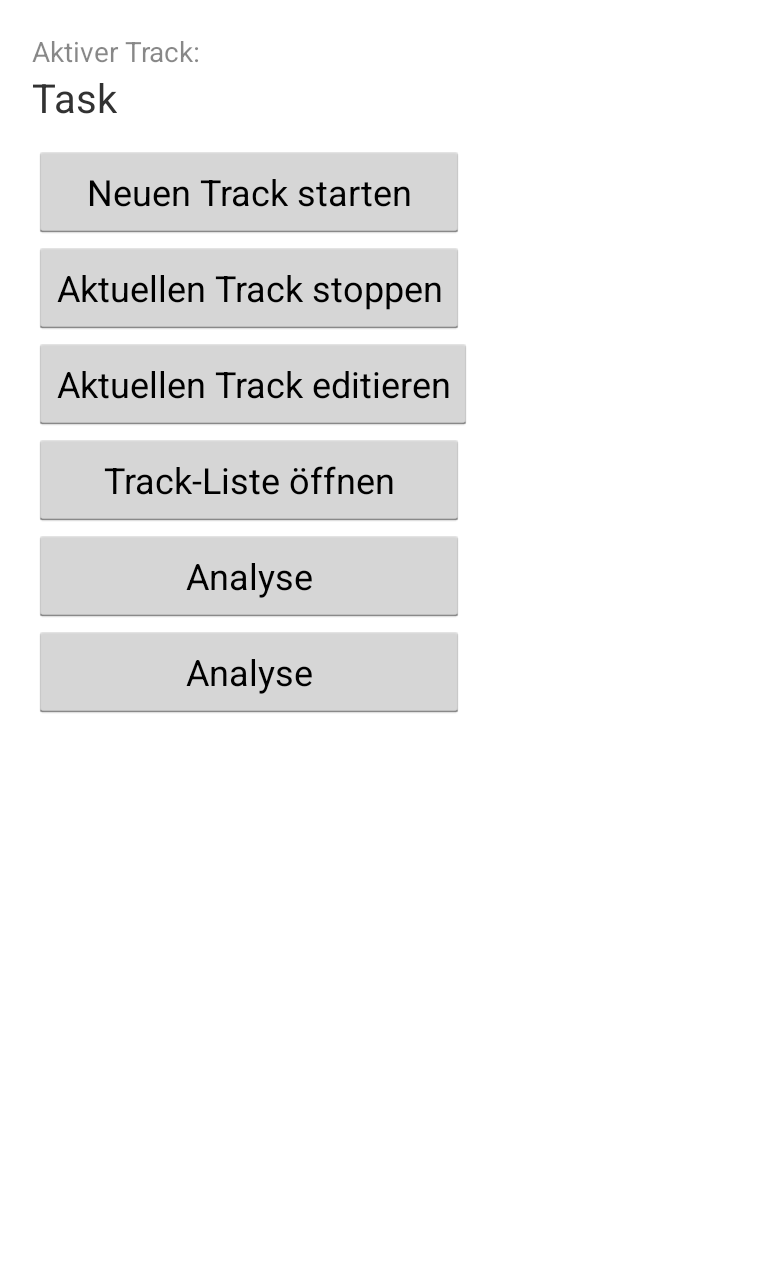
Repository: floriandrs/ttracker
Layout: TTracker/res/layout/activity_main.xml
An editor plug-in stored every save of this project. The layout is shown before and after the next save, followed by the edit.
It is drawn on a 768 x 1280 px phone screen (xhdpi) without system bars, with theme AppTheme; the app's code is not run.

Above is the layout before, as saved 2015-02-24 21:52:39.

### TTracker/res/layout/activity_main.xml
<RelativeLayout xmlns:android="http://schemas.android.com/apk/res/android"
    xmlns:tools="http://schemas.android.com/tools"
    android:layout_width="match_parent"
    android:layout_height="match_parent"
    android:paddingBottom="@dimen/activity_vertical_margin"
    android:paddingLeft="@dimen/activity_horizontal_margin"
    android:paddingRight="@dimen/activity_horizontal_margin"
    android:paddingTop="@dimen/activity_vertical_margin"
    tools:context="com.slart.ttracker.activitiy.MainActivity" >

    <TextView
        android:id="@+id/current_track_label"
        style="@style/FormLabel"
        android:layout_marginTop="0dp"
        android:text="@string/current_track_label" />

    <TextView
        android:id="@+id/current_track_value"
        android:layout_width="wrap_content"
        android:layout_height="wrap_content"
        android:layout_below="@id/current_track_label"
        android:layout_marginTop="0dp"
        android:textSize="20dp"
        android:text="@string/track" />

    <Button
        android:id="@+id/main_open_create_new_track"
        android:layout_width="wrap_content"
        android:layout_height="wrap_content"
        android:layout_alignLeft="@+id/current_track_value"
        android:layout_alignRight="@+id/close_current_track"
        android:layout_below="@+id/current_track_value"
        android:layout_marginTop="10dp"
        android:onClick="onOpenCreateNewTrack"
        android:text="@string/open_create_new_track" />

    <Button
        android:id="@+id/close_current_track"
        android:layout_width="wrap_content"
        android:layout_height="wrap_content"
        android:layout_alignLeft="@+id/current_track_value"
        android:layout_below="@+id/main_open_create_new_track"
        android:onClick="onCloseCurrentTrack"
        android:text="@string/close_current_track" />

    <Button
        android:id="@+id/update_current_track"
        android:layout_width="wrap_content"
        android:layout_height="wrap_content"
        android:layout_alignLeft="@+id/current_track_value"
        android:layout_below="@+id/close_current_track"
        android:onClick="onUpdateCurrentTrack"
        android:text="@string/update_current_track" />

    <Button
        android:id="@+id/main_open_view_all"
        android:layout_width="wrap_content"
        android:layout_height="wrap_content"
        android:layout_alignLeft="@+id/current_track_value"
        android:layout_alignRight="@+id/close_current_track"
        android:layout_below="@+id/update_current_track"
        android:onClick="onOpenViewAll"
        android:text="@string/open_view_all" />

    <Button
        android:id="@+id/open_activity_stats"
        android:layout_width="wrap_content"
        android:layout_height="wrap_content"
        android:layout_alignLeft="@+id/current_track_value"
        android:layout_alignRight="@+id/main_open_view_all"
        android:layout_below="@+id/main_open_view_all"
        android:onClick="onOpenActivityStats"
        android:text="@string/open_activity_stats" />

    <Button
        android:id="@+id/open_activity_view_all_categories"
        android:layout_width="wrap_content"
        android:layout_height="wrap_content"
        android:layout_alignLeft="@+id/current_track_value"
        android:layout_alignRight="@+id/main_open_view_all"
        android:layout_below="@+id/open_activity_stats"
        android:onClick="onOpenActivityViewAllCategories"
        android:text="@string/open_activity_stats" />

</RelativeLayout>

### TTracker/res/values/styles.xml
<resources>

    <!--
        Base application theme, dependent on API level. This theme is replaced
        by AppBaseTheme from res/values-vXX/styles.xml on newer devices.
    -->
    <style name="AppBaseTheme" parent="android:Theme.Light">
        <!--
            Theme customizations available in newer API levels can go in
            res/values-vXX/styles.xml, while customizations related to
            backward-compatibility can go here.
        -->
    </style>

    <!-- Application theme. -->
    <style name="AppTheme" parent="AppBaseTheme">
        <!-- All customizations that are NOT specific to a particular API-level can go here. -->
    </style>


    <style name="FormWidthHeight">
        <item name="android:layout_width">match_parent</item>
        <item name="android:layout_height">wrap_content</item>
    </style>

    <style name="FormTopMargin" parent="@style/FormWidthHeight">
        <item name="android:layout_marginTop">20dp</item>
    </style>

    <style name="FormLabel" parent="@style/FormTopMargin">
        <item name="android:textColor">#77000000</item>
        <item name="android:textSize">14dp</item>
    </style>

</resources>

### TTracker/res/values/strings.xml
<?xml version="1.0" encoding="utf-8"?>
<resources>

    <string name="app_name">TTracker</string>
    <string name="action_settings">Settings</string>
    <string name="hello_world">Hello world!</string>
    <string name="hello_blank_fragment">Hello blank fragment</string>
    <string name="title_activity_view_all_tracks">ViewAllTracksActivity</string>
    <string name="title_activity_edit_track">Neue Aktivitaet anlegen</string>
    <string name="title_activity_stats">StatsActivity</string>
    <string name="title_activity_stats_simple">StatsSimple</string>
    <string name="title_activity_stats_average">StatsAverageActivity</string>
    <string name="main_open_create_new_track_label">Start new</string>
    <string name="open_view_all">Track-Liste öffnen</string>
    <string name="open_time_filter_stats">Tracks pro Zeitraum</string>
    <string name="open_activity_stats">Analyse</string>
    <string name="open_activity_stats_simple">Summen pro Kategorie</string>
    <string name="open_activity_stats_average">Durchschnitt pro Kategorie</string>
    <string name="open_create_new_track">Neuen Track starten</string>
    <string name="close_current_track">Aktuellen Track stoppen</string>
    <string name="update_current_track">Aktuellen Track editieren</string>
    <string name="current_track_label">Aktiver Track:</string>
    <string name="create">Erstellen</string>
    <string name="created_category">Neue Kategorie wurde erstellt: </string>
    <string name="category_already_exists">Kategorie existiert bereits: </string>
    <string name="add">Hinzufügen</string>
    <string name="delete">Löschen</string>
    <string name="update">Aktualisieren</string>
    <string name="location_update">+</string>
    <string name="now">jetzt</string>
    <string name="today">heute</string>
    <string name="empty">-</string>
    <string name="none">Kein aktiver Track</string>
    <string name="location">Position (Lat,Long)</string>
    <string name="comment">Kommentar</string>
    <string name="track">Task</string>
    <string name="from">von</string>
    <string name="to">bis</string>
    <string name="started_new_track">Neuer Track gestartet:</string>
    <string name="updated_track">Track aktualisiert:</string>
    <string name="update_track">Bearbeiten</string>
    <string name="delete_track">Löschen</string>
    <string name="export_track_to_calendar">Export an Kalender</string>
    <string name="view_track_in_map">In Karte ansehen</string>

    <string name="category_name">Kategorie-Name</string>

    <string-array name="tracks_array">
        <item>Programmieren</item>
        <item>Meeting</item>
        <item>Testing</item>
    </string-array>

    <string name="title_activity_edit_categories">EditCategoriesActivity</string>
    <string name="title_activity_edit_category">EditCategoryActivity</string>
    <string name="title_activity_view_all_categories">ViewAllCategoriesActivity</string>

</resources>

Loaded but not shown: TTracker/res/values-v11/styles.xml (common file); TTracker/res/values-v14/styles.xml (common file); TTracker/res/values/dimens.xml (common file); TTracker/res/values-w820dp/dimens.xml (common file)

After the next save:
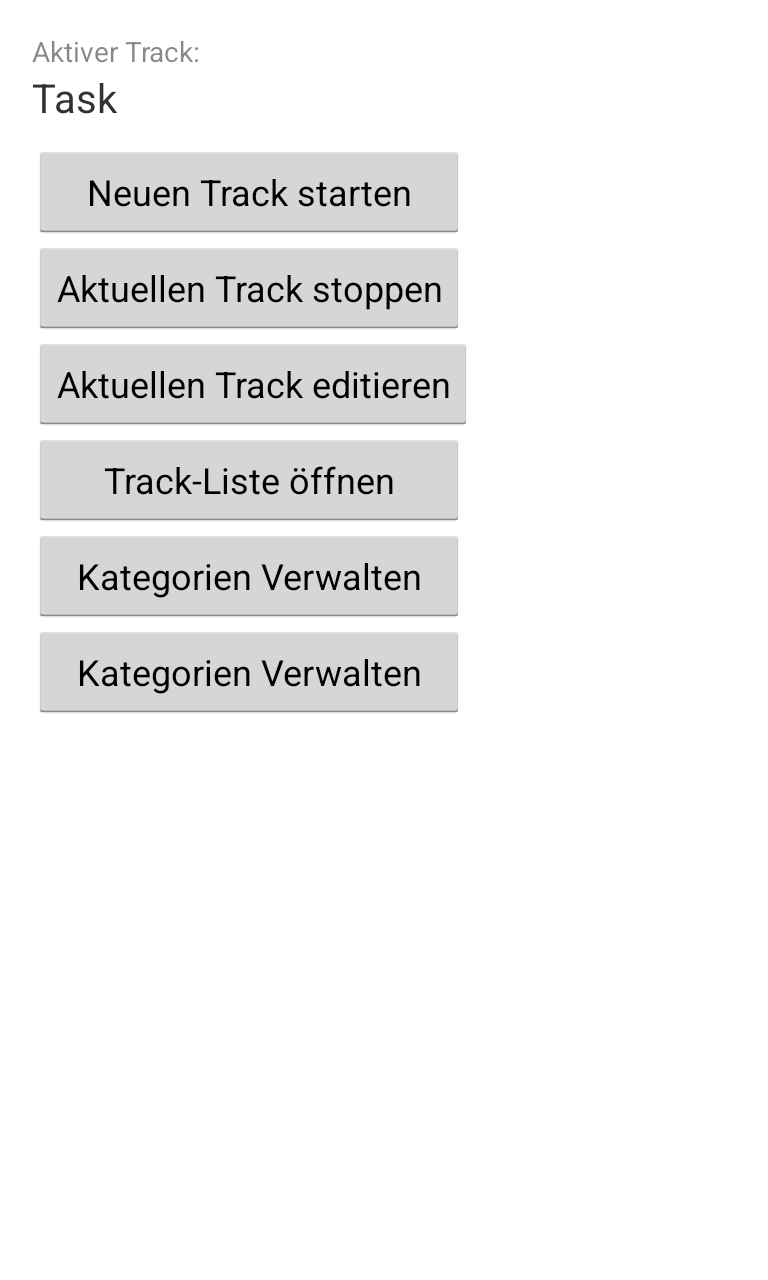
Saved 39 s later.
--- a/TTracker/res/values/strings.xml
+++ b/TTracker/res/values/strings.xml
@@ -13,7 +13,7 @@
     <string name="main_open_create_new_track_label">Start new</string>
     <string name="open_view_all">Track-Liste öffnen</string>
     <string name="open_time_filter_stats">Tracks pro Zeitraum</string>
-    <string name="open_activity_stats">Analyse</string>
+    <string name="open_activity_stats">Kategorien Verwalten</string>
     <string name="open_activity_stats_simple">Summen pro Kategorie</string>
     <string name="open_activity_stats_average">Durchschnitt pro Kategorie</string>
     <string name="open_create_new_track">Neuen Track starten</string>

After the save that followed:
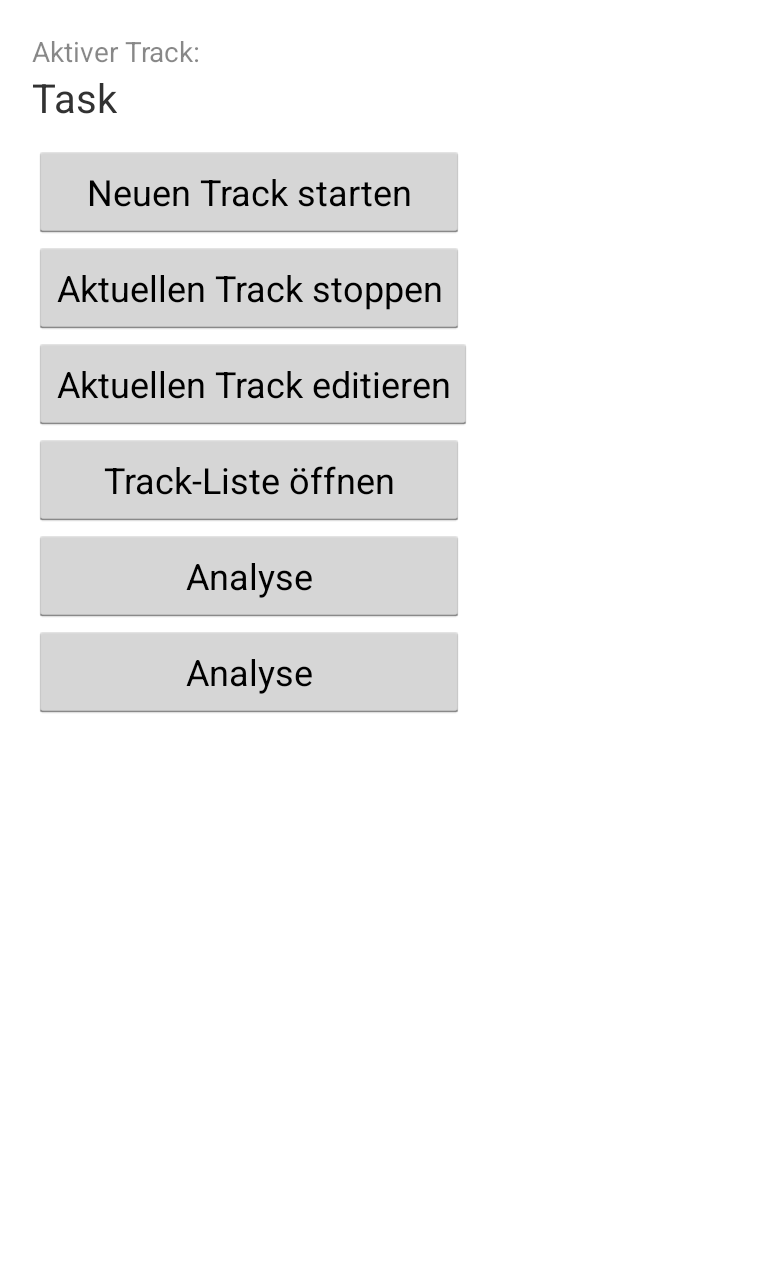
Saved 17 s later.
--- a/TTracker/res/values/strings.xml
+++ b/TTracker/res/values/strings.xml
@@ -13,7 +13,7 @@
     <string name="main_open_create_new_track_label">Start new</string>
     <string name="open_view_all">Track-Liste öffnen</string>
     <string name="open_time_filter_stats">Tracks pro Zeitraum</string>
-    <string name="open_activity_stats">Kategorien Verwalten</string>
+    <string name="open_activity_stats">Analyse</string>
     <string name="open_activity_stats_simple">Summen pro Kategorie</string>
     <string name="open_activity_stats_average">Durchschnitt pro Kategorie</string>
     <string name="open_create_new_track">Neuen Track starten</string>
